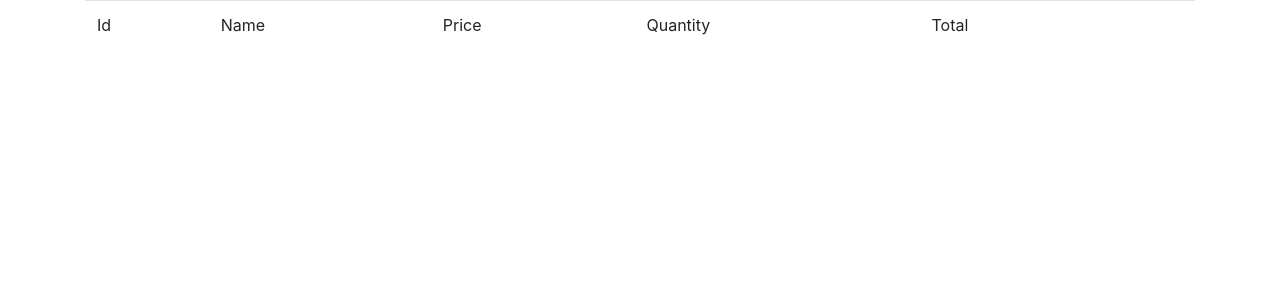
Repository: dovanthao2404/hook-useReducer
Page: /
An editor plug-in stored every save of this project. The page is shown before and after the next save, followed by the edit.
The browser window is 1280 px wide. The pictures show the whole page.
The project was rebuilt for these pictures with package versions that can differ from the ones it lists, and the page was loaded fresh each time. Also part of the build but not shown: src/App.css.

Above is the page before, as saved 2021-09-10 03:33:26.

### public/index.html
<!DOCTYPE html>
<html lang="en">

<head>
  <meta charset="utf-8" />
  <link rel="icon" href="%PUBLIC_URL%/favicon.ico" />
  <meta name="viewport" content="width=device-width, initial-scale=1" />
  <meta name="theme-color" content="#000000" />
  <meta name="description" content="Web site created using create-react-app" />
  <link rel="apple-touch-icon" href="%PUBLIC_URL%/logo192.png" />
  <!--
      manifest.json provides metadata used when your web app is installed on a
      user's mobile device or desktop. See https://developers.google.com/web/fundamentals/web-app-manifest/
    -->
  <link rel="manifest" href="%PUBLIC_URL%/manifest.json" />
  <!--
      Notice the use of %PUBLIC_URL% in the tags above.
      It will be replaced with the URL of the `public` folder during the build.
      Only files inside the `public` folder can be referenced from the HTML.

      Unlike "/favicon.ico" or "favicon.ico", "%PUBLIC_URL%/favicon.ico" will
      work correctly both with client-side routing and a non-root public URL.
      Learn how to configure a non-root public URL by running `npm run build`.
    -->
  <title>React App</title>
  <link rel="stylesheet" href="https://cdn.jsdelivr.net/npm/bootstrap@4.6.0/dist/css/bootstrap.min.css"
    integrity="sha384-B0vP5xmATw1+K9KRQjQERJvTumQW0nPEzvF6L/Z6nronJ3oUOFUFpCjEUQouq2+l" crossorigin="anonymous">
</head>

<body>
  <noscript>You need to enable JavaScript to run this app.</noscript>
  <div id="root"></div>
  <!--
      This HTML file is a template.
      If you open it directly in the browser, you will see an empty page.

      You can add webfonts, meta tags, or analytics to this file.
      The build step will place the bundled scripts into the <body> tag.

      To begin the development, run `npm start` or `yarn start`.
      To create a production bundle, use `npm run build` or `yarn build`.
    -->
</body>

</html>

### src/App.js
import logo from './logo.svg';
import './App.css';
import UseReducer from "./Components/UseReducer";

function App() {
  return (
    <>
      <UseReducer />
    </>
  );
}

export default App;

### src/Components/UseReducer.js
import React, { useReducer } from 'react'

const initialReducer = [
  { id: 1, name: "Iphone", price: 3000, quantity: 1 }
]

const cartReducer = (state, action) => {
  switch (action.type) {
    case "addToCart":
      return [...state];
    default: return [...state];
  }
}

export default function UseReducer() {

  const [carts, dispatch] = useReducer(cartReducer, initialReducer);


  return (
    <div className="container">
      <table className="table">
        <thead>
          <tr>
            <td>Id</td>
            <td>Name</td>
            <td>Price</td>
            <td>Quantity</td>
            <td>Total</td>
            <td></td>
          </tr>
        </thead>
        <tbody>
          {carts.map((product, key) => {
            <tr key={key}>
              <td>{product.id}</td>
              <td>{product.name}</td>
              <td>{product.price}</td>
              <td>{product.quantity}</td>
              <td>{product.quantity * product.price}</td>
              <td> <button className="btn btn-danger">X</button></td>
            </tr>
          })}
        </tbody>
      </table>
    </div>
  )
}

Loaded but not shown: src/index.js (common file); src/index.css (common file); src/reportWebVitals.js (common file)

After the next save:
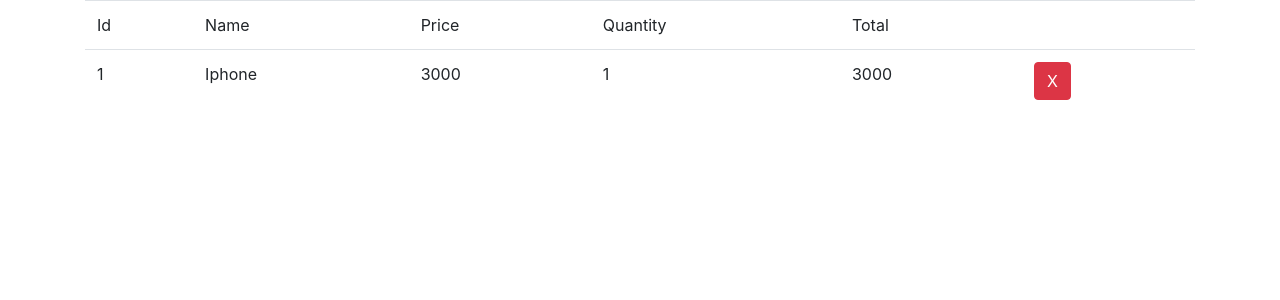
Saved 39 s later.
--- a/src/Components/UseReducer.js
+++ b/src/Components/UseReducer.js
@@ -32,7 +32,7 @@ export default function UseReducer() {
         </thead>
         <tbody>
           {carts.map((product, key) => {
-            <tr key={key}>
+            return <tr key={key}>
               <td>{product.id}</td>
               <td>{product.name}</td>
               <td>{product.price}</td>
